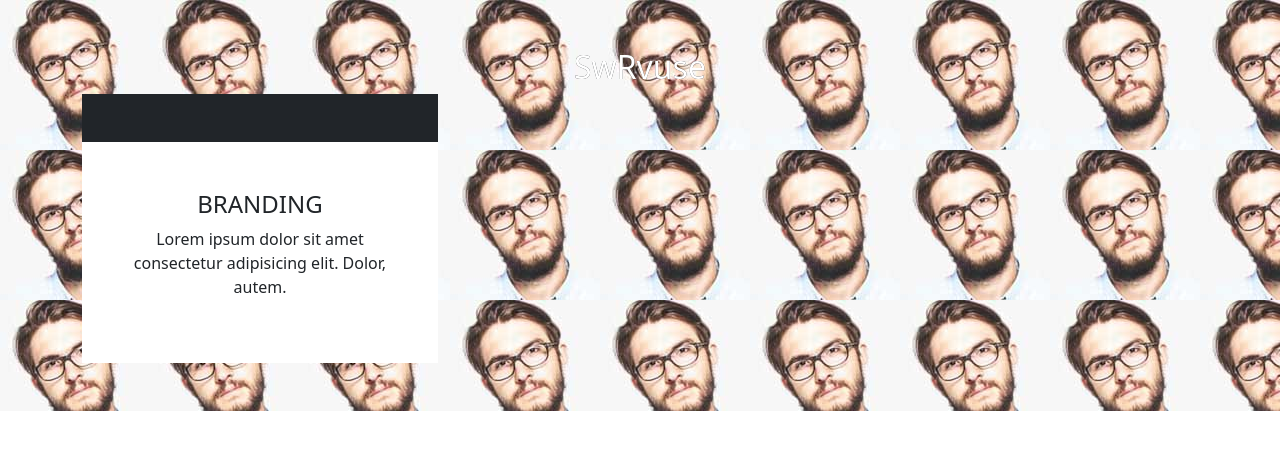
Repository: Ahmedalid/testing
Page: index.html
The author's editor kept a copy of each file at every save. The page is drawn from the files as they stood at one save, then again after the next save.
The browser window is 1280 px wide. The pictures show the whole page.

Above is the page before, as saved 2023-06-10 17:36:43.

After the next save:
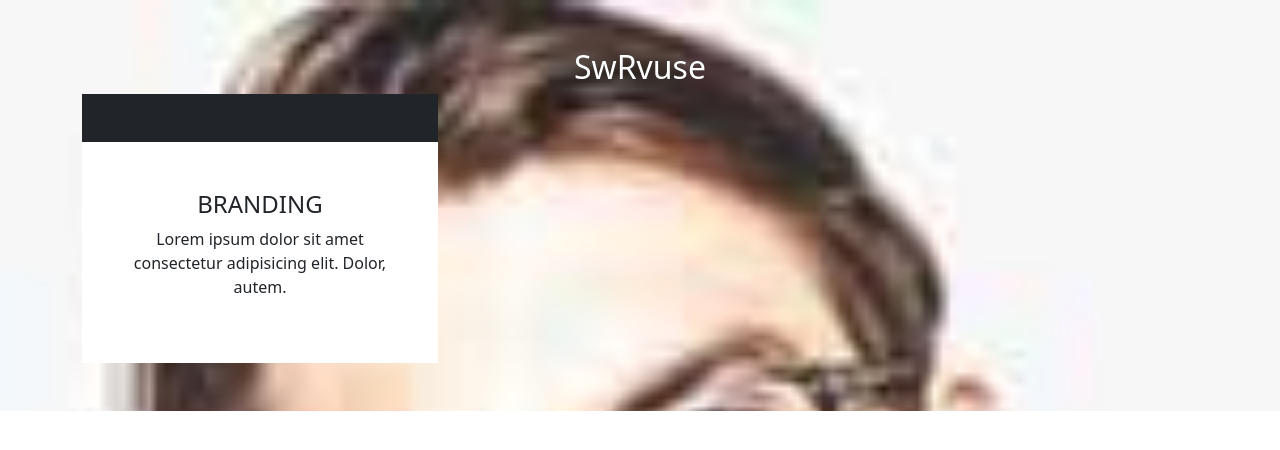
Saved 8 s later.
--- a/index.html
+++ b/index.html
@@ -10,7 +10,7 @@
     <style>
         header{
             background-image: url(2\ \(1\).jpg);
-            back
+            background-size: cover;
         }
     </style>
 </head>
